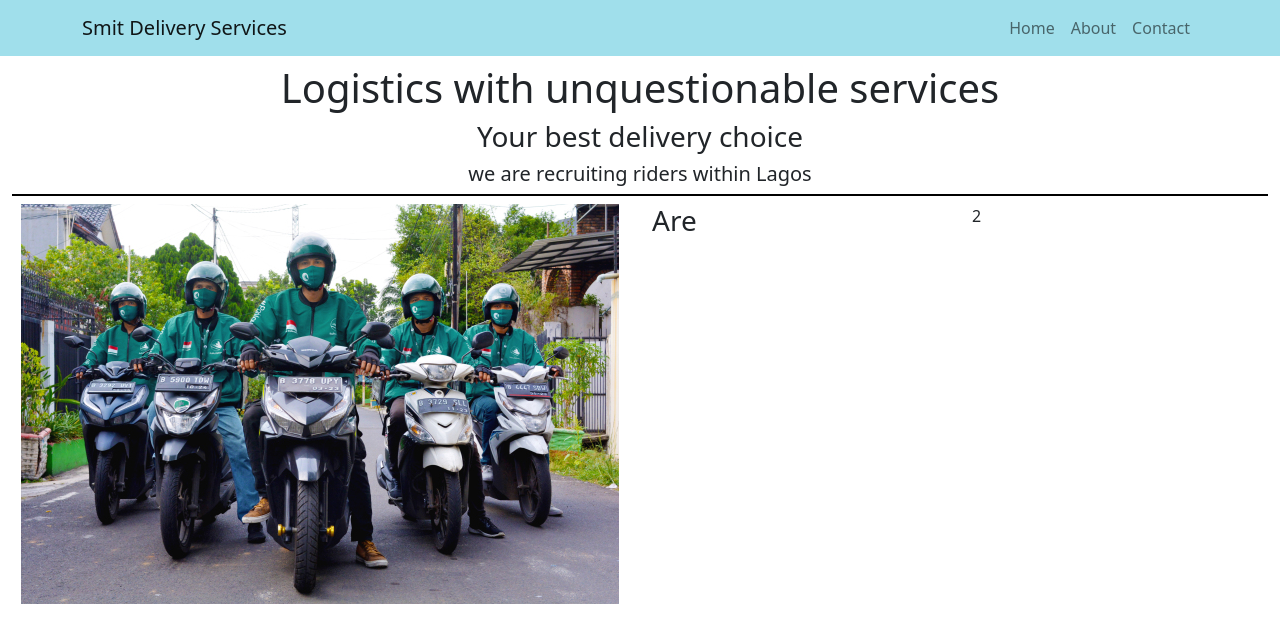
Repository: smit1298/logistic
Page: /
These files come from the project's save history. The page is drawn as it stood at one moment and after a run of saves; the edit follows.
The browser window is 1280 px wide. The pictures show the whole page.
The project was rebuilt for these pictures with package versions that can differ from the ones it lists, and the page was loaded fresh each time.

Above is the page before, as saved 2021-10-04 08:13:38.

### public/index.html
<!DOCTYPE html>
<html lang="en">
  <head>
    <meta charset="utf-8" />
    <link rel="icon" href="%PUBLIC_URL%/favicon.ico" />
    <meta name="viewport" content="width=device-width, initial-scale=1" />
    <meta name="theme-color" content="#000000" />
    <meta
      name="description"
      content="Web site created using create-react-app"
    />
    <link rel="apple-touch-icon" href="%PUBLIC_URL%/logo192.png" />

    <link rel="manifest" href="%PUBLIC_URL%/manifest.json" />

    <title>Smit Delivery Services</title>
  </head>
  <body>
    <noscript>You need to enable JavaScript to run this app.</noscript>
    <div id="root"></div>

  </body>
</html>

### src/App.js
// import './App.css';
import Navs from './components/navs/Navs';
import RecruitForm from './components/recruit/RecruitForm';

function App() {
  return (
    <div>
      <Navs />
      <RecruitForm />
    </div>
  );
}

export default App;

### src/components/Navs/Navs.jsx
import React from "react";
import "bootstrap/dist/css/bootstrap.css";
import { Navbar, Container, Nav } from "react-bootstrap";
import './Navs.css'

 const Navs = () => {
  return (
    <div>
      <Navbar id='navbar' bg="light" expand="lg">
        <Container>
          <Navbar.Brand href="#home">Smit Delivery Services</Navbar.Brand>
          <Navbar.Toggle aria-controls="basic-navbar-nav" />
          <Navbar.Collapse id="basic-navbar-nav">
            <Nav className="ms-auto">
              <Nav.Link href="#home">Home</Nav.Link>
              <Nav.Link href="#about">About </Nav.Link>
              <Nav.Link href="#contact">Contact </Nav.Link>
            </Nav>
          </Navbar.Collapse>
        </Container>
      </Navbar>
    </div>
  );
};

export default Navs;

### src/components/recruit/RecruitForm.jsx
import React from "react";
import "bootstrap/dist/css/bootstrap.css";
import { Row, Col} from "react-bootstrap";
import Left from "../images/background.jpg";
import "./RecruitForm.css";

const recruitForm = () => {
  return (
    <div className="container-fluid" id="recruit">
      <div className="mt-2 justify-content-md-center" id="top">
        <h1 className="text-center">Logistics with unquestionable services</h1>
        <h3 className="text-center">Your best delivery choice</h3>
        <h5 className="text-center">we are recruiting riders within Lagos</h5>
      </div>
      <Row className="mt-2">
        <Col className=" mb-2 ms-auto text-center">
          <img src={Left} alt="" />
        </Col>
        <Col className="me-auto ">
          <Row>
            <Col><h3>Are </h3></Col>
            <Col>2</Col>
          </Row>
          {/* <Form className="me-auto" >
            <Row className="mb-3">
              <Form.Group as={Col} controlId="formGridName">
                <Form.Label>First Name</Form.Label>
                <Form.Control type="name" placeholder="Enter firstname" />
              </Form.Group>
              <Form.Group as={Col} controlId="formGridName">
                <Form.Label>Last Name</Form.Label>
                <Form.Control type="name" placeholder="Enter lastname" />
              </Form.Group>
            </Row>
            <Form.Group className="mb-3" controlId="formGridAddress1">
              <Form.Label>Address</Form.Label>
              <Form.Control placeholder="12 Smit St, ikeja, Lagos Mainland" />
            </Form.Group>
            <Form.Group className="mb-3" controlId="formGridPhone">
              <Form.Label>Phone Number</Form.Label>
              <Form.Control placeholder="Enter Your Phone number" />
            </Form.Group>

            <Form.Group>
              <p>Do you have a rider permit ?</p>
              <div class="form-check form-check-inline">
                <input
                  class="form-check-input"
                  type="radio"
                  name="inlineRadioOptions"
                  id="inlineRadio1"
                  value="option1"
                />
                <label class="form-check-label" for="inlineRadio1">
                  Yes
                </label>
              </div>
              <div class="form-check form-check-inline">
                <input
                  class="form-check-input"
                  type="radio"
                  name="inlineRadioOptions"
                  id="inlineRadio2"
                  value="option2"
                />
                <label class="form-check-label" for="inlineRadio2">
                  No
                </label>
              </div>
            </Form.Group>
            <br />
            <Button variant="primary" type="submit">
              Submit
            </Button>
          </Form> */}
        </Col>
      </Row>
    </div>
  );
};

export default recruitForm;

### src/components/Navs/Navs.css
#navbar{
    background-color: rgb(160, 223, 235) !important;
    font-weight: 400 !important;
}

### src/components/recruit/RecruitForm.css
body,
html {
  height: 100% !important;
}

#top {
    border-bottom: 2px solid black;
  /* background-image: url("../images/lorry.jpg"); */
  height: 100% !important;
  background-position: center;
  background-repeat: no-repeat;
  background-size: cover;
  /* border: 1px solid black; */
  /* border-radius: 10px; */
}

Loaded but not shown: src/index.js (common file); src/index.css (common file); src/reportWebVitals.js (common file)

After the next 4 saves:
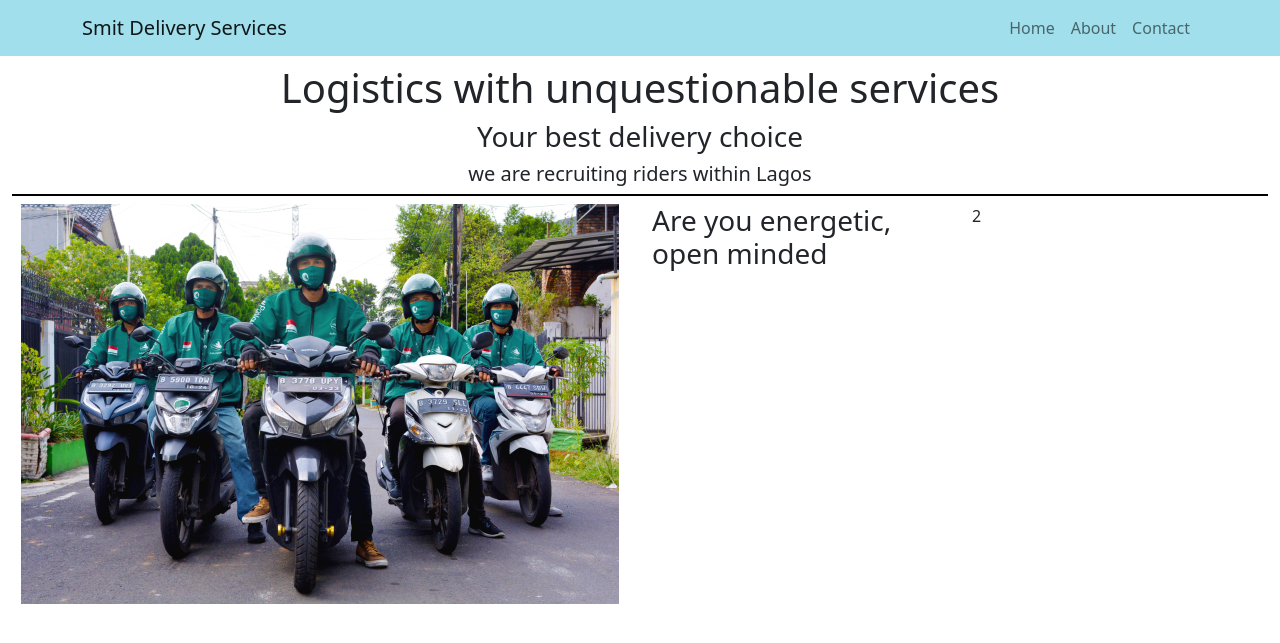
The 4 saves are shown as one change because they came seconds apart.
The last was saved 14 s later.
--- a/src/components/recruit/RecruitForm.jsx
+++ b/src/components/recruit/RecruitForm.jsx
@@ -18,7 +18,7 @@ const recruitForm = () => {
         </Col>
         <Col className="me-auto ">
           <Row>
-            <Col><h3>Are </h3></Col>
+            <Col><h3>Are you energetic, open minded</h3></Col>
             <Col>2</Col>
           </Row>
           {/* <Form className="me-auto" >
